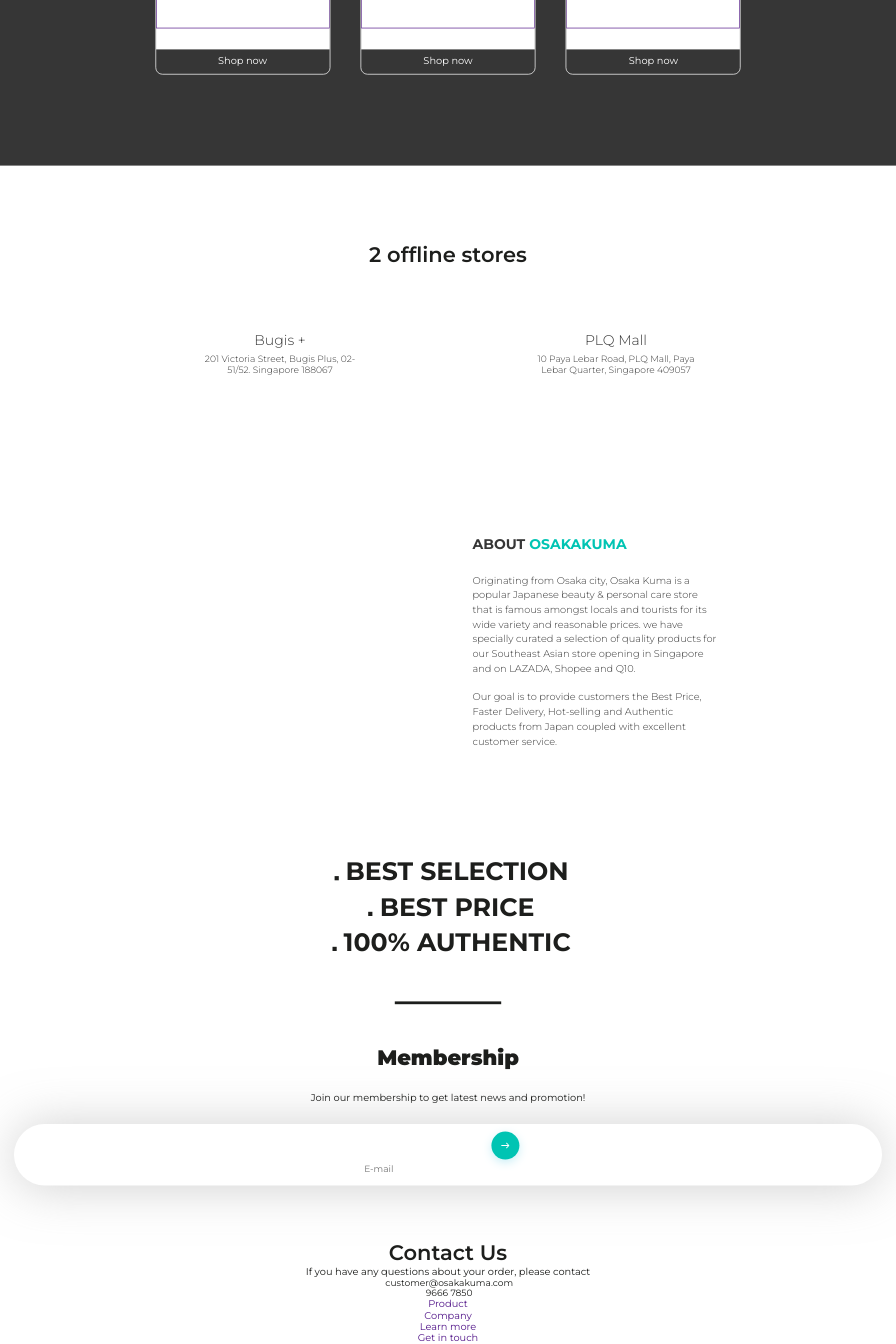
Repository: wendylw/osakakuma-landing
Page: index.html
These files come from the project's save history. The page is drawn as it stood at one moment and after the next save; the edit follows.
The browser window is 1280 px wide. The pictures show the part of the page from y = 1291 to 3211 px (the page is 3211 px tall before and 3199 px after), at 70% of full size.
The style sheet was rebuilt from its Sass, Less or Tailwind sources for each picture, by a compiler version that may differ from the author's.

Above is the page before, as saved 2021-03-04 03:46:01.

After the next save:
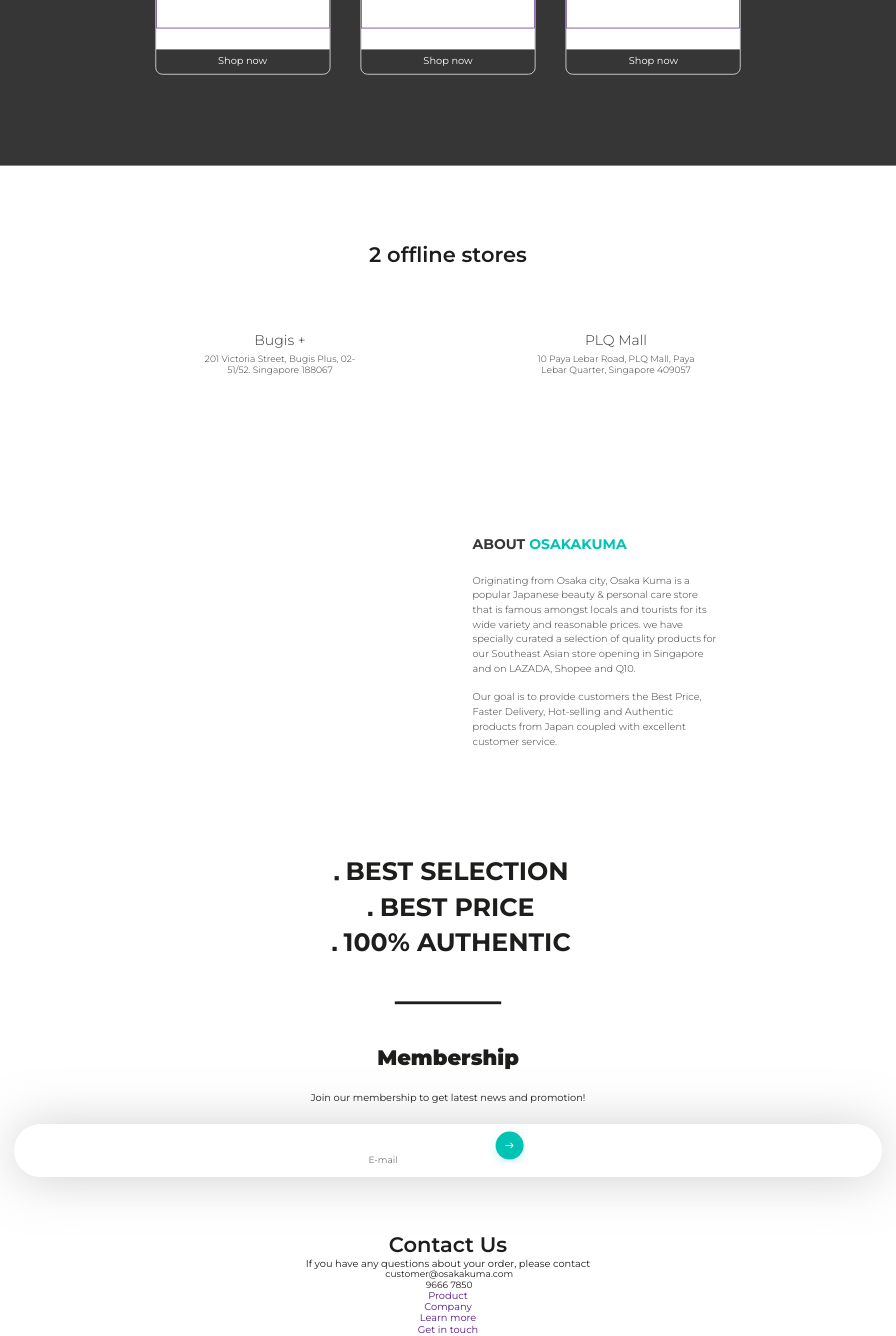
Saved 47 s later.
--- a/img/icon-contact-us.svg
+++ b/img/icon-contact-us.svg
@@ -1,5 +1,5 @@
 <?xml version="1.0" encoding="UTF-8"?>
-<svg width="68px" height="67px" viewBox="0 0 68 67" version="1.1" xmlns="http://www.w3.org/2000/svg" xmlns:xlink="http://www.w3.org/1999/xlink">
+<svg width="56px" height="55px" viewBox="0 0 56 55" version="1.1" xmlns="http://www.w3.org/2000/svg" xmlns:xlink="http://www.w3.org/1999/xlink">
     <!-- Generator: Sketch 52.5 (67469) - http://www.bohemiancoding.com/sketch -->
     <title>arrow</title>
     <desc>Created with Sketch.</desc>
